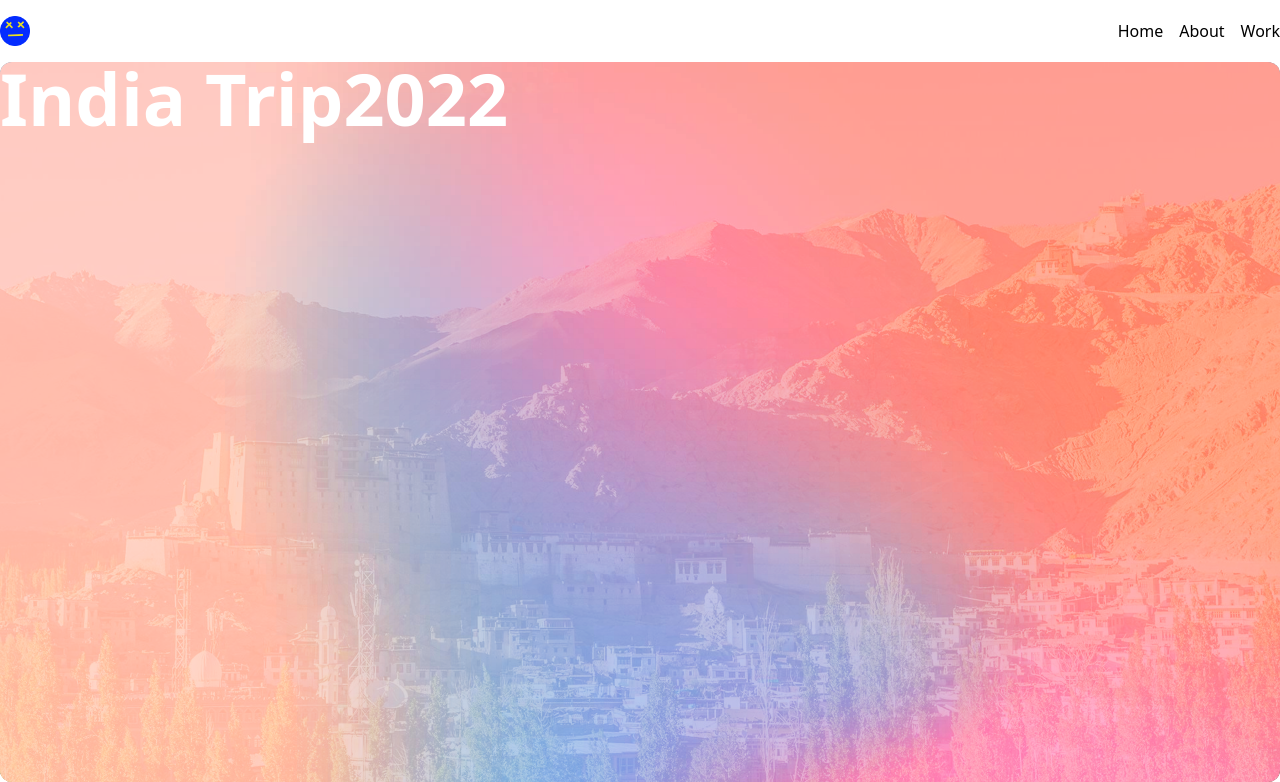
Repository: aaroncemery/aaroncemery-next
Page: /
These files come from the project's save history. The page is drawn as it stood at one moment and after the next save; the edit follows.
The browser window is 1280 px wide. The pictures show the whole page.
The project was rebuilt for these pictures with package versions that can differ from the ones it lists, and the page was loaded fresh each time. The framework's server and built-in components were replaced by stand-ins that run in the browser. Also part of the build but not shown: next.config.js.

Above is the page before, as saved 2022-06-13 19:53:38.

After the next save:
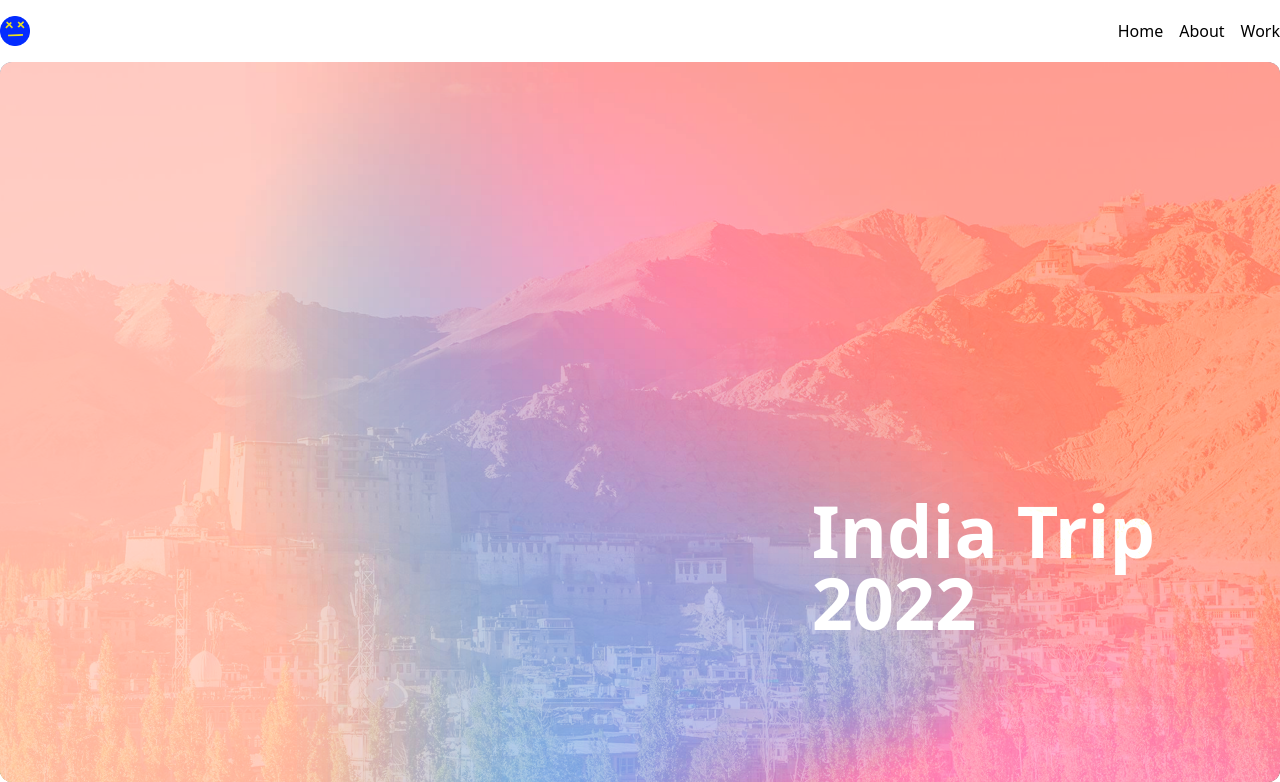
Saved 62 s later.
--- a/pages/index.tsx
+++ b/pages/index.tsx
@@ -34,7 +34,7 @@ const Home: NextPage = () => {
         />
         <div className="absolute bg-mesh-gradient bg-cover w-full h-full top-0 left-0 mix-blend-screen aspect-video rounded-xl"></div>
         <div className="absolute bg-mesh-gradient bg-cover w-full h-full top-0 left-0 mix-blend-multiply aspect-video rounded-xl"></div>
-        <div className="z-10 absolute text-7xl text-white mix-blend-overlay font-bold flex justify-center items-center">
+        <div className="z-10 absolute text-7xl text-white mix-blend-overlay font-bold top-1/2 left-1/2 translate-x-1/2 translate-y-1/2">
           <h1 className="">India Trip</h1>
           <h1 className="">2022</h1>
         </div>
